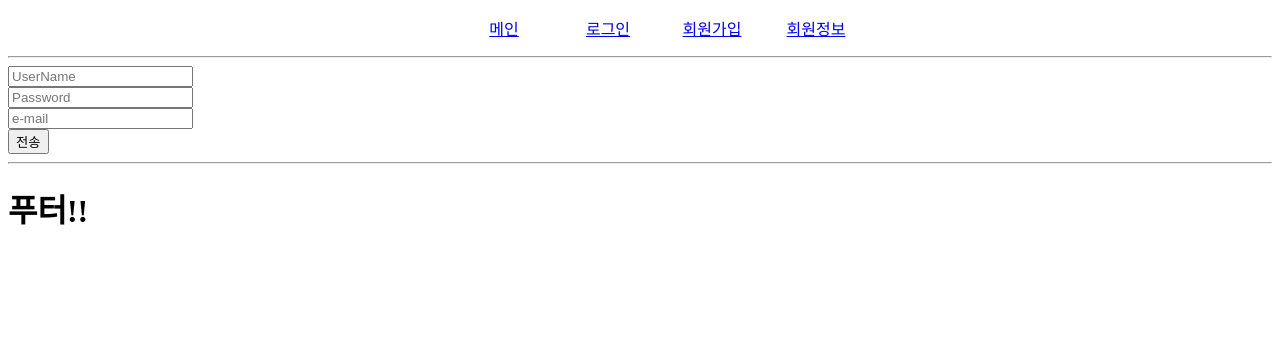
Repository: sunandjun/jspwork
Page: http://localhost/cos/join.jsp
The author's editor kept a copy of each file at every save. The page is drawn from the files as they stood at one save, then again after the next save.
The browser window is 1280 px wide. The pictures show the whole page.
The page is served by Tomcat 9.

Above is the page before, as saved 2020-08-22 06:46:08.

After the next save:
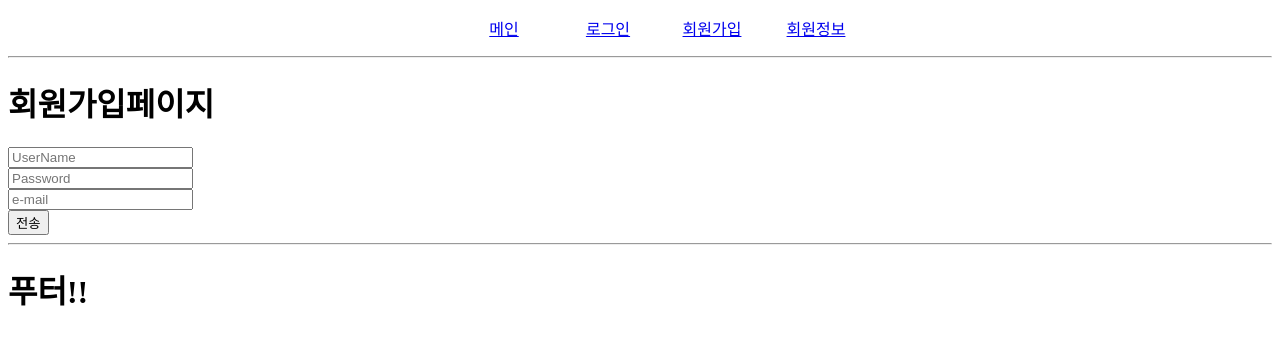
Saved 89 s later.
--- a/cos/WebContent/join.jsp
+++ b/cos/WebContent/join.jsp
@@ -2,6 +2,7 @@
     pageEncoding="UTF-8"%>
 <%@ include file="layout/header.jsp" %>
 
+<h1>회원가입페이지</h1>
 <!-- form 테그는 데이터를 전송하기 위한 박스 -->
 <form action="joinProc.jsp" method="post">
 	<!-- input에 name 이 있어야 전송될 곳에서 값을 확인 할 수 있다. -->
